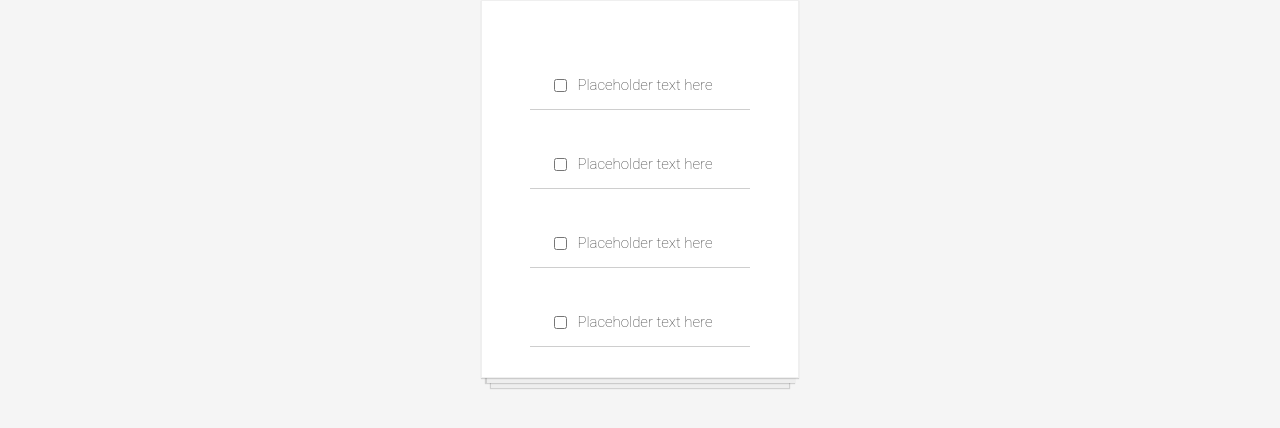
Repository: 0101chaitanya/react-todo
Page: /
An editor plug-in stored every save of this project. The page is shown before and after the next save, followed by the edit.
The browser window is 1280 px wide. The pictures show the whole page.
The project was rebuilt for these pictures with package versions that can differ from the ones it lists, and the page was loaded fresh each time.

Above is the page before, as saved 2021-07-21 12:18:20.

### src/App.js
import "./App.css";
import TodoComp from "./components/todoComp";
function App() {
  return (
    <div className="todo-list">
      <TodoComp />

      <TodoComp />
      <TodoComp />
      <TodoComp />
    </div>
  );
}

export default App;

### src/App.css
body {
  background-color: whitesmoke;
}

.todo-list {
  background-color: white;
  margin: auto;
  width: 20%;
  display: flex;
  flex-direction: column;
  align-items: center;
  border: 1px solid #efefef;
  box-shadow:
    /* The top layer shadow */ 0 1px 1px rgba(0, 0, 0, 0.15),
    /* The second layer */ 1px 10px 0 -5px #eee,
    /* The second layer shadow */ 0 10px 1px -4px rgba(0, 0, 0, 0.15),
    /* The third layer */ 0 20px 0 -10px #eee,
    /* The third layer shadow */ 0 20px 1px -9px rgba(0, 0, 0, 0.15);
  padding: 30px;
}

.todo-item {
  display: flex;
  justify-content: flex-start;
  align-items: center;
  padding: 30px 20px 0;
  width: 70%;
  border-bottom: 1px solid #cecece;
  font-family: Roboto, sans-serif;
  font-weight: 100;
  font-size: 15px;
  color: #333333;
}

input[type="checkbox"] {
  margin-right: 10px;
  font-size: 30px;
}

input[type="checkbox"]:focus {
  outline: 0;
}

### src/components/todoComp.js
import React from "react";

function TodoComp() {
  return (
    <div className="todo-item">
      <input type="checkbox" />
      <p>Placeholder text here</p>
    </div>
  );
}

export default TodoComp;

Loaded but not shown: public/index.html (common file); src/index.js (common file); src/index.css (common file); src/reportWebVitals.js (common file)

After the next save:
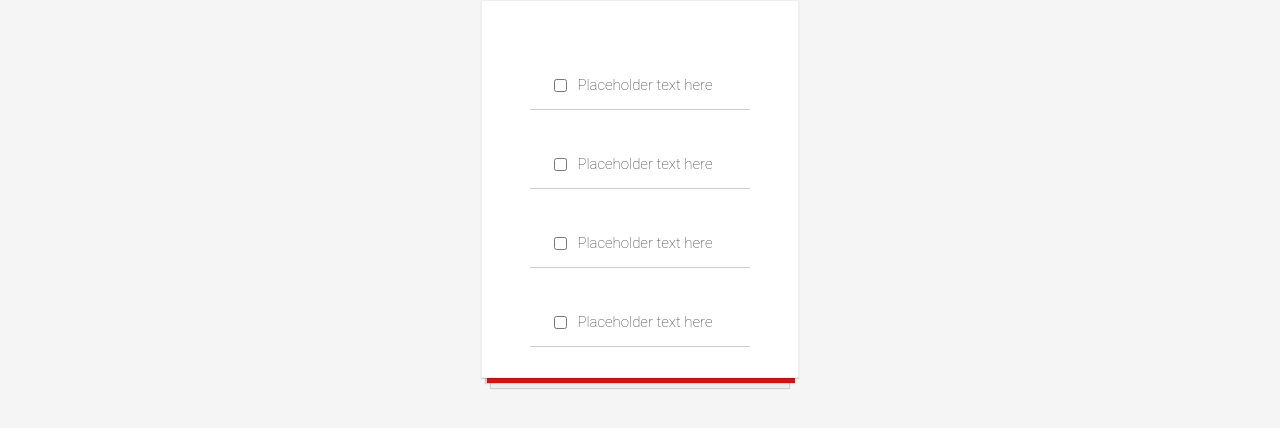
Saved 28 s later.
--- a/src/App.css
+++ b/src/App.css
@@ -12,7 +12,7 @@
   border: 1px solid #efefef;
   box-shadow:
     /* The top layer shadow */ 0 1px 1px rgba(0, 0, 0, 0.15),
-    /* The second layer */ 1px 10px 0 -5px #eee,
+    /* The second layer */ 1px 10px 0 -5px rgb(206, 21, 21),
     /* The second layer shadow */ 0 10px 1px -4px rgba(0, 0, 0, 0.15),
     /* The third layer */ 0 20px 0 -10px #eee,
     /* The third layer shadow */ 0 20px 1px -9px rgba(0, 0, 0, 0.15);

After the save that followed:
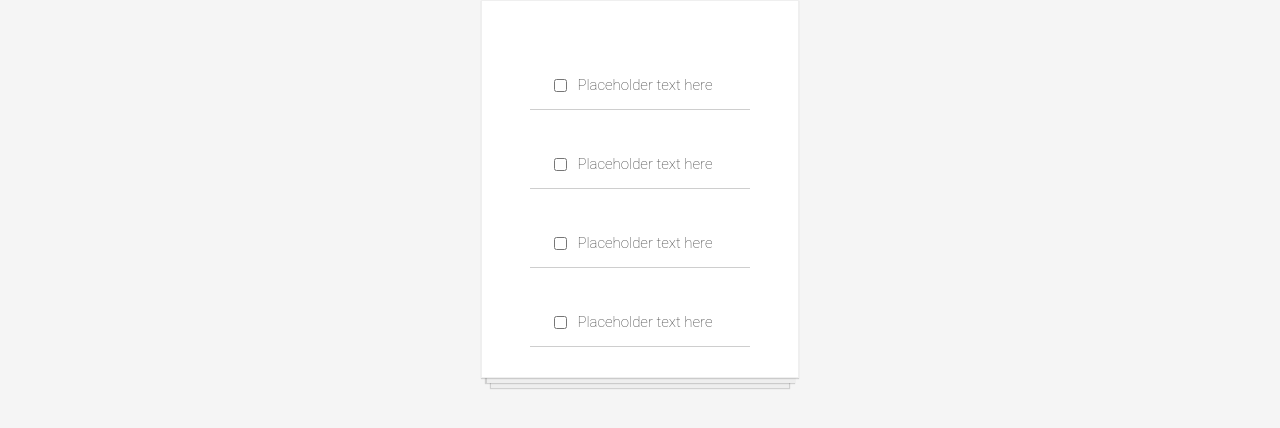
Saved 6 s later.
--- a/src/App.css
+++ b/src/App.css
@@ -12,7 +12,7 @@
   border: 1px solid #efefef;
   box-shadow:
     /* The top layer shadow */ 0 1px 1px rgba(0, 0, 0, 0.15),
-    /* The second layer */ 1px 10px 0 -5px rgb(206, 21, 21),
+    /* The second layer */ 1px 10px 0 -5px #eee,
     /* The second layer shadow */ 0 10px 1px -4px rgba(0, 0, 0, 0.15),
     /* The third layer */ 0 20px 0 -10px #eee,
     /* The third layer shadow */ 0 20px 1px -9px rgba(0, 0, 0, 0.15);
